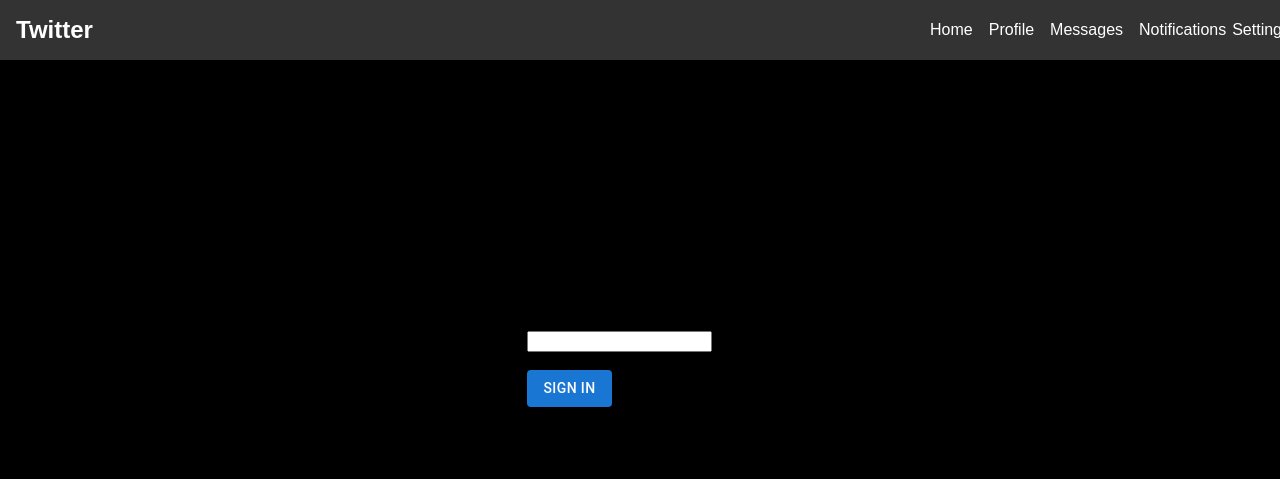
Repository: rakeshpuppala2590/Credit_karma
Page: / (app in client/)
The author's editor kept a copy of each file at every save. The page is drawn from the files as they stood at one save, then again after the next save.
The browser window is 1280 px wide. The pictures show the whole page.
The project was rebuilt for these pictures with package versions that can differ from the ones it lists, and the page was loaded fresh each time. Also part of the build but not shown: client/src/App.css.

Above is the page before, as saved 2024-06-15 11:52:03.

### client/src/index.js
import React from 'react';
import { createRoot } from 'react-dom/client';
import './index.css';
import App from './App';
import reportWebVitals from './reportWebVitals';

const root = createRoot(document.getElementById('root'));
root.render(
  <React.StrictMode>
    <App />
  </React.StrictMode>
);

// If you want to start measuring performance in your app, pass a function
// to log results (for example: reportWebVitals(console.log))
// or send to an analytics endpoint. Learn more: https://bit.ly/CRA-vitals
reportWebVitals();

### client/src/index.css
html,
body {
  height: 100%;
}

body {
  display: flex;
  justify-content: center; /* align horizontally to the center */
  align-items: center; /* align vertically to the center */
  margin: 0;
  padding: 0;
  background-color: black;
  background-repeat: no-repeat;
  background-size: cover;
  font-family: -apple-system, BlinkMacSystemFont, 'Segoe UI', Roboto, Oxygen,
    Ubuntu, Cantarell, 'Open Sans', 'Helvetica Neue', sans-serif;
  -webkit-font-smoothing: antialiased;
  -moz-osx-font-smoothing: grayscale;
}

code {
  font-family: source-code-pro, Menlo, Monaco, Consolas, 'Courier New',
    monospace;
}

### client/src/App.js
import './App.css';
import Signin from './components/Signin';
import Home from './components/Home';

function App() {
  return (
    <div id='root'>
      <Home/>
      <Signin/>
    </div>
  );
}

export default App;

### client/src/components/Signin.jsx
import React, { useState } from 'react';
import Button from '@mui/material/Button';
import '../Styles/Home.css';

const Signin = () => {
  const [showSignup, setShowSignup] = useState(false);
  const [showSignin, setShowSignin] = useState(false);
  const [secondField, setSecondField] = useState("email");
  const [email, setEmail] = useState("");

  const handleSignup = () => {
    setShowSignup(true);
    setShowSignin(false);
  };

  const handleSignin = () => {
    setShowSignup(false);
    setShowSignin(true);
  };

  const toggleSecondField = () => {
    setSecondField(prevField => prevField === "email" ? "phone" : "email");
  };

  const handleEmailChange = (event) => {
    setEmail(event.target.value);
  };

  return (
    <div className={`flex justify-center items-center h-screen ${showSignup || showSignin ? 'blur-background' : ''}`}>
      <div className="form-container">
        {!showSignup && !showSignin && (
          <div className="text-center mb-8">
            <h2 className="text-2xl font-semibold">Welcome</h2>
            <div className="floating-label">
              <input
                type={secondField === "email" ? "email" : "tel"}
                placeholder=" "
                className="floating-input"
                value={email}
                onChange={handleEmailChange}
              />
              <label className="floating-label-text">
                {secondField === "email" ? "Email" : "Phone"}
              </label>
            </div>
            <div className="mb-4 flex justify-end">
              <span
                className="text-blue-500 cursor-pointer"
                onClick={toggleSecondField}
              >
                {secondField === "email" ? "Use Phone instead" : "Use Email instead"}
              </span>
            </div>
            <div className="flex justify-center mt-4">
              <Button variant="contained" color="primary" className="w-full" onClick={() => handleSignin(email)}>Sign In</Button>
            </div>
            <div className="text-center mt-4">
              <p className="text-gray-500">
                Don't have an account?
                <span
                  onClick={handleSignup}
                  className="text-blue-500 cursor-pointer ml-1"
                >
                  Sign up
                </span>
              </p>
            </div>
          </div>
        )}
        {showSignup && (
          <div className="overlay">
            <div className="text-center mb-8">
              <h2 className="text-2xl font-semibold">Sign Up</h2>
              <p className="text-gray-500">Create your account</p>
            </div>
            <form>
              <div className="floating-label">
                <input type="text" placeholder=" " className="floating-input" />
                <label className="floating-label-text">Name</label>
              </div>
              <div className="floating-label">
                <input type={secondField === "email" ? "email" : "tel"} placeholder=" " className="floating-input" />
                <label className="floating-label-text">
                  {secondField === "email" ? "Email" : "Phone"}
                </label>
              </div>
              <div className="mb-4 flex justify-end">
                <span
                  className="text-blue-500 cursor-pointer"
                  onClick={toggleSecondField}
                >
                  {secondField === "email" ? "Use Phone instead" : "Use Email instead"}
                </span>
              </div>
              <div className="floating-label">
                <input type="password" placeholder=" " className="floating-input" />
                <label className="floating-label-text">Password</label>
              </div>
              <div className="button-container mt-4">
                <Button variant="contained" color="primary" className="mr-2">Sign Up</Button>
                <Button variant="contained" className="ml-2" onClick={() => setShowSignup(false)}>Cancel</Button>
              </div>
            </form>
          </div>
        )}
        {showSignin && (
          <div className="overlay">
            <div className="text-center mb-8">
              <h2 className="text-2xl font-semibold">Sign In</h2>
              <p className="text-gray-500">Enter your credentials</p>
            </div>
            <form>
              <div className="floating-label">
                <input type={secondField === "email" ? "email" : "tel"} placeholder=" " className="floating-input" value={email} onChange={handleEmailChange}/>
                <label className="floating-label-text">
                  {secondField === "email" ? "Email" : "Phone"}
                </label>
              </div>
              <div className="mb-4 flex justify-end">
                <span
                  className="text-blue-500 cursor-pointer"
                  onClick={toggleSecondField}
                >
                  {secondField === "email" ? "Use Phone instead" : "Use Email instead"}
                </span>
              </div>
              <div className="floating-label">
                <input type="password" placeholder=" " className="floating-input" />
                <label className="floating-label-text">Password</label>
              </div>
              <div className="button-container mt-4">
                <Button variant="contained" color="primary" className="mr-2">Sign In</Button>
                <Button variant="contained" className="ml-2" onClick={() => setShowSignin(false)}>Cancel</Button>
              </div>
            </form>
          </div>
        )}
      </div>
    </div>
  );
};

export default Signin;

### client/src/components/Home.jsx
import React, { useState } from 'react';
import '../Styles/Home.css'

const Home = () => {
    const [isOpen, setIsOpen] = useState(false);

    const handleToggle = () => {
        setIsOpen(!isOpen);
    };

    return (
        <nav className="navbar">
            <div className="navbar-container">
                <a href="#Home" className="navbar-brand">Twitter</a>
                <div className={`navbar-links ${isOpen ? 'show' : ''}`}>
                    <a href="#Home">Home</a>
                    <a href="#Profile">Profile</a>
                    <a href="#Messages">Messages</a>
                    <a href="#Notifications">Notifications</a>
                    <div className="dropdown">
                        <button className="dropbtn">Settings</button>
                        <div className="dropdown-content">
                            <a href="#Account">Account</a>
                            <a href="#Privary">Privacy</a>
                            <a href="#Logout">Logout</a>
                        </div>
                    </div>
                </div>
                <button className="navbar-toggle" onClick={handleToggle}>
                    ☰
                </button>
            </div>
        </nav>
    );
};

export default Home;

### client/src/Styles/Home.css
body {
    font-family: Arial, sans-serif;
    margin: 0;
    padding: 0;
}

.navbar {
    background-color: #333;
    color: white;
    padding: 1rem;
    position: fixed;
    width: 100%;
    top: 0;
    left: 0;
    z-index: 1000;
}

.navbar-container {
    display: flex;
    justify-content: space-between;
    align-items: center;
}

.navbar-brand {
    font-size: 1.5rem;
    font-weight: bold;
    color: white;
    text-decoration: none;
}

.navbar-links a {
    color: white;
    text-decoration: none;
    margin-left: 1rem;
}

.navbar-toggle {
    display: none;
    background: none;
    border: none;
    font-size: 1.5rem;
    color: white;
}

.dropdown {
    position: relative;
    display: inline-block;
}

.dropbtn {
    background: none;
    border: none;
    color: white;
    font-size: 1rem;
    cursor: pointer;
}

.dropdown-content {
    display: none;
    position: absolute;
    background-color: #f9f9f9;
    min-width: 160px;
    box-shadow: 0px 8px 16px 0px rgba(0,0,0,0.2);
    z-index: 1;
}

.dropdown-content a {
    color: black;
    padding: 12px 16px;
    text-decoration: none;
    display: block;
}

.dropdown-content a:hover {
    background-color: #f1f1f1;
}

.dropdown:hover .dropdown-content {
    display: block;
}

/* Responsive styles */
@media (max-width: 768px) {
    .navbar-links {
        display: none;
        flex-direction: column;
        width: 100%;
        background-color: #333;
        position: absolute;
        top: 60px;
        left: 0;
    }

    .navbar-links a {
        padding: 1rem;
        border-top: 1px solid #444;
    }

    .navbar-toggle {
        display: block;
    }

    .navbar-links.show {
        display: flex;
    }
}

Loaded but not shown: client/public/index.html (common file); client/src/reportWebVitals.js (common file)

After the next save:
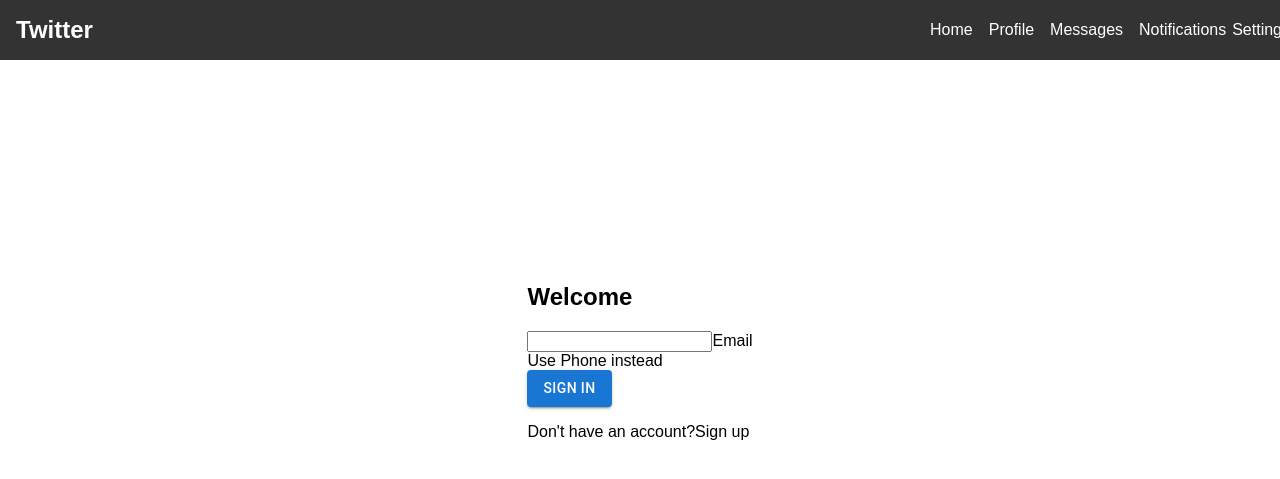
Saved 70 s later.
--- a/client/src/index.css
+++ b/client/src/index.css
@@ -9,7 +9,7 @@
   align-items: center; /* align vertically to the center */
   margin: 0;
   padding: 0;
-  background-color: black;
+
   background-repeat: no-repeat;
   background-size: cover;
   font-family: -apple-system, BlinkMacSystemFont, 'Segoe UI', Roboto, Oxygen,

After the save that followed:
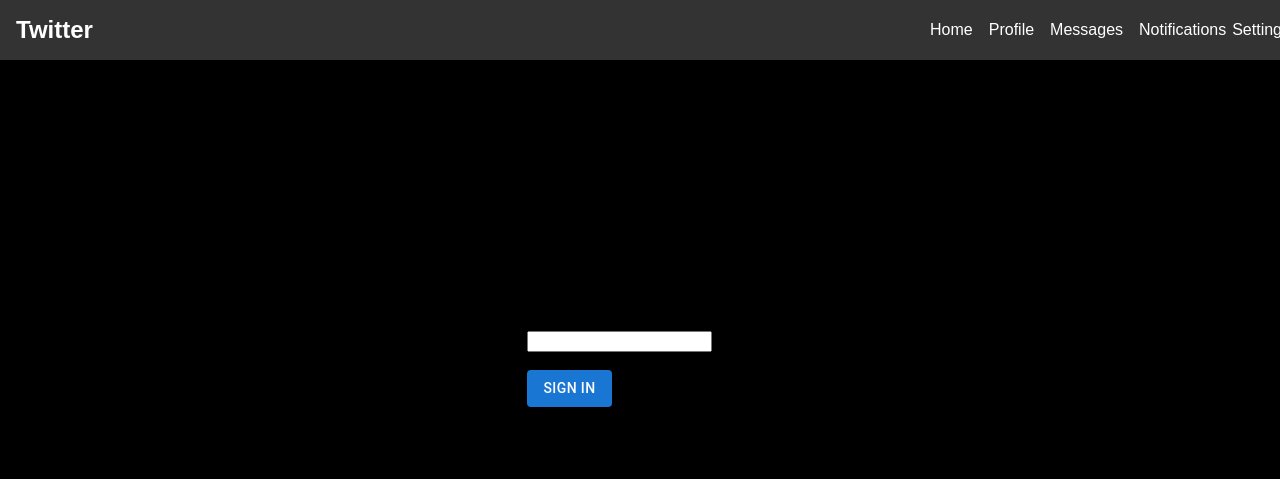
Saved 11 s later.
--- a/client/src/index.css
+++ b/client/src/index.css
@@ -9,7 +9,7 @@
   align-items: center; /* align vertically to the center */
   margin: 0;
   padding: 0;
-
+  background-color: black;
   background-repeat: no-repeat;
   background-size: cover;
   font-family: -apple-system, BlinkMacSystemFont, 'Segoe UI', Roboto, Oxygen,
